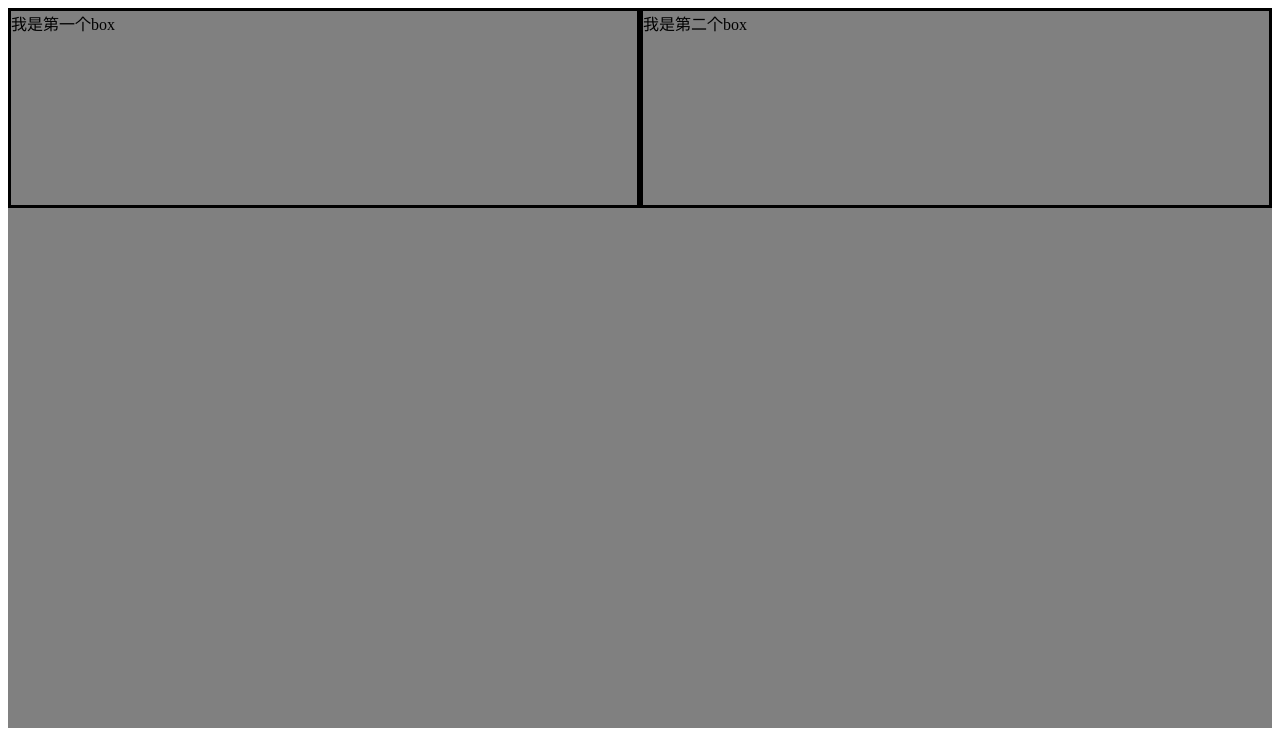
Repository: nanfengovo/CSS
Page: heightandwidth.html
An editor plug-in stored every save of this project. The page is shown before and after the next save, followed by the edit.
The browser window is 1280 px wide. The pictures show the whole page.

Above is the page before, as saved 2025-01-01 11:06:33.

After the next save:
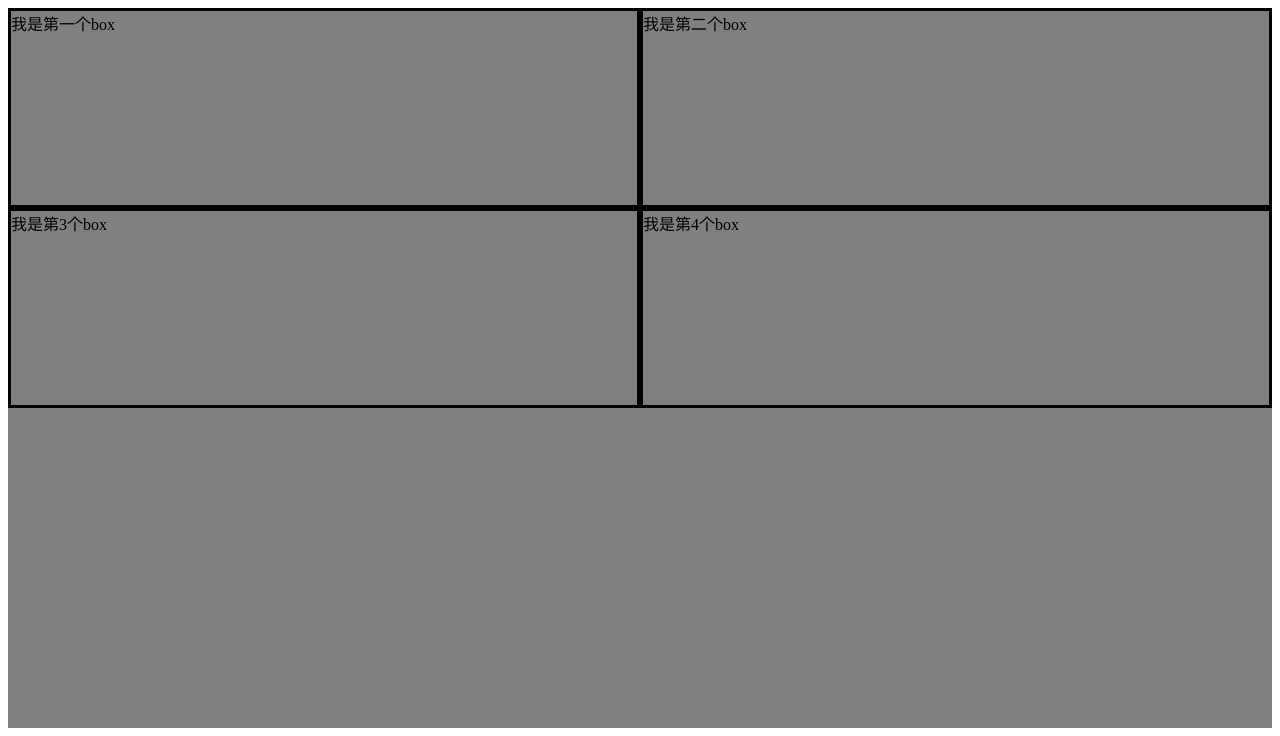
Saved 2 min 26 s later.
--- a/heightandwidth.html
+++ b/heightandwidth.html
@@ -24,6 +24,8 @@
     <div class="container">
         <div class="box">我是第一个box</div>
         <div class="box">我是第二个box</div>
+        <div class="box">我是第3个box</div>
+        <div class="box">我是第4个box</div>
     </div>
 </body>
 </html>
